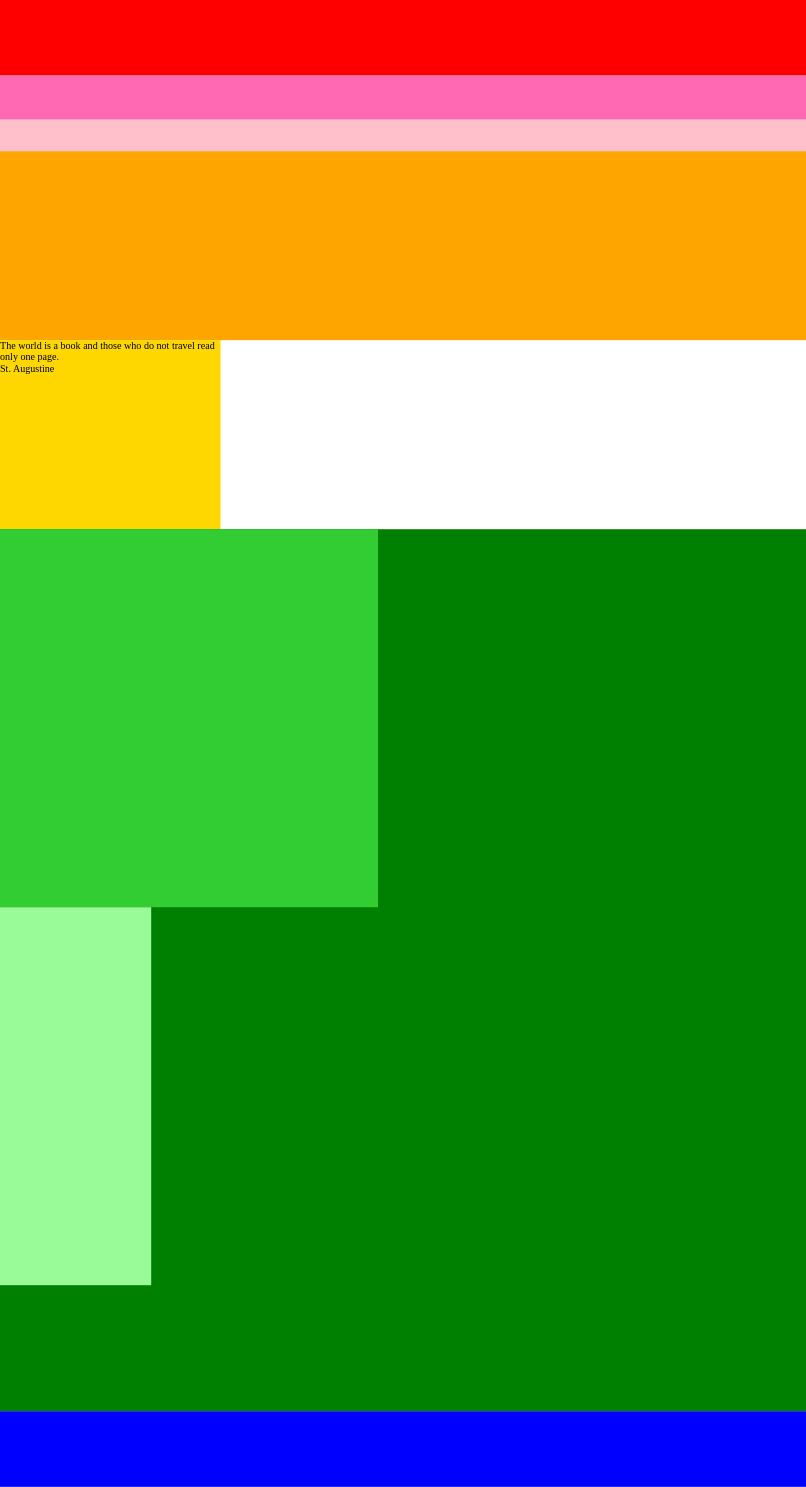
Repository: takedakazushi/git-practice
Page: sample/sample.html
The author's editor kept a record of every edit. The page is drawn from the files as they stood at one moment, then again after the next edit.
The browser window is 1280 px wide. The pictures show the whole page, at 63% of full size.

Above is the page before.

After the next edit:
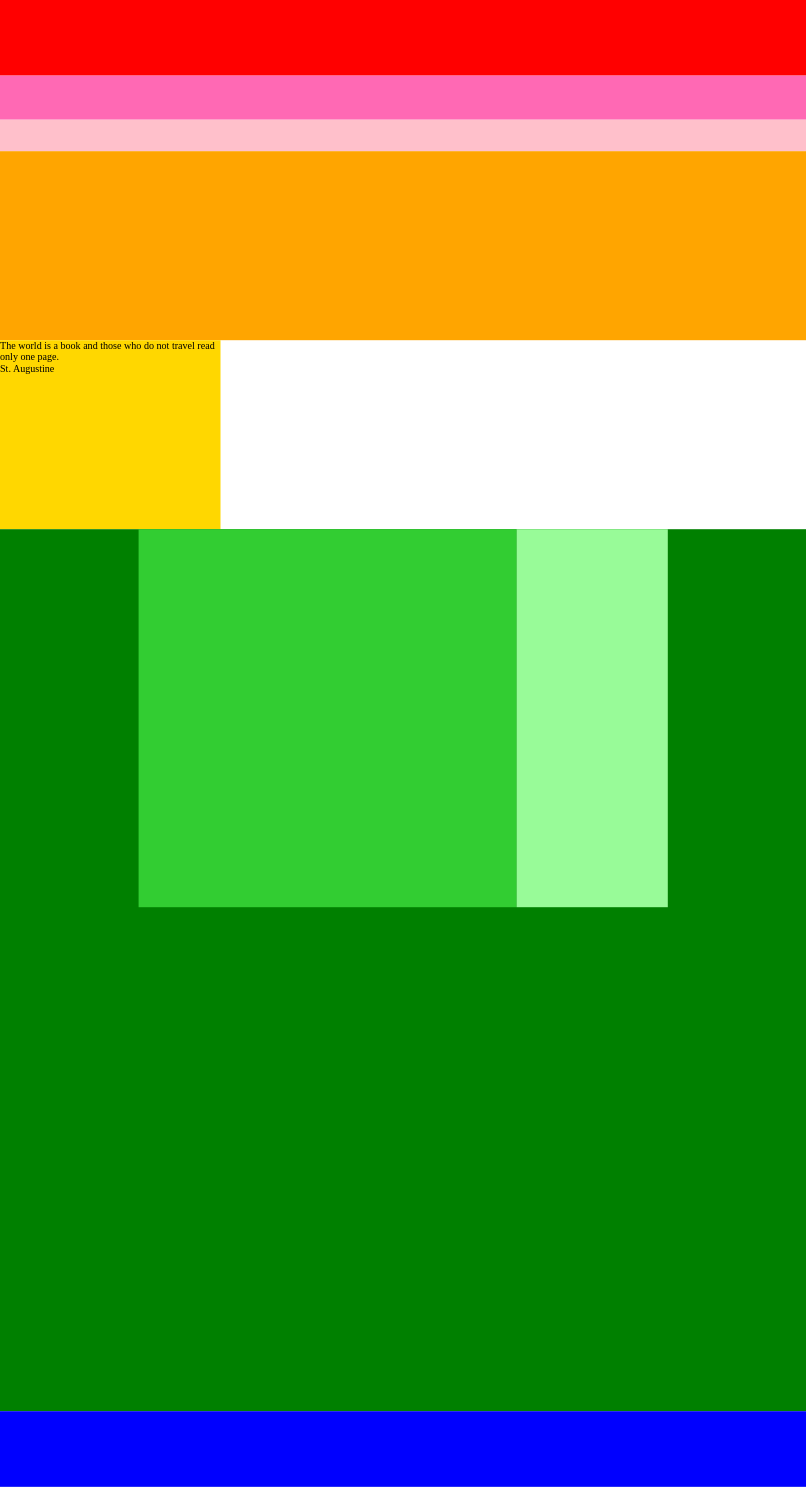
The edit:
--- a/sample/stle.css
+++ b/sample/stle.css
@@ -32,7 +32,9 @@
   .main {
   width: 100%;
   height: 1400px;
-  background-color: green; }
+  background-color: green;
+  display: flex; /* Flexboxの利用 */
+  justify-content: center; /* 子要素の横並び・中央寄せ */}
 
 .blog {
   width: 600px; /* 横幅600px */
